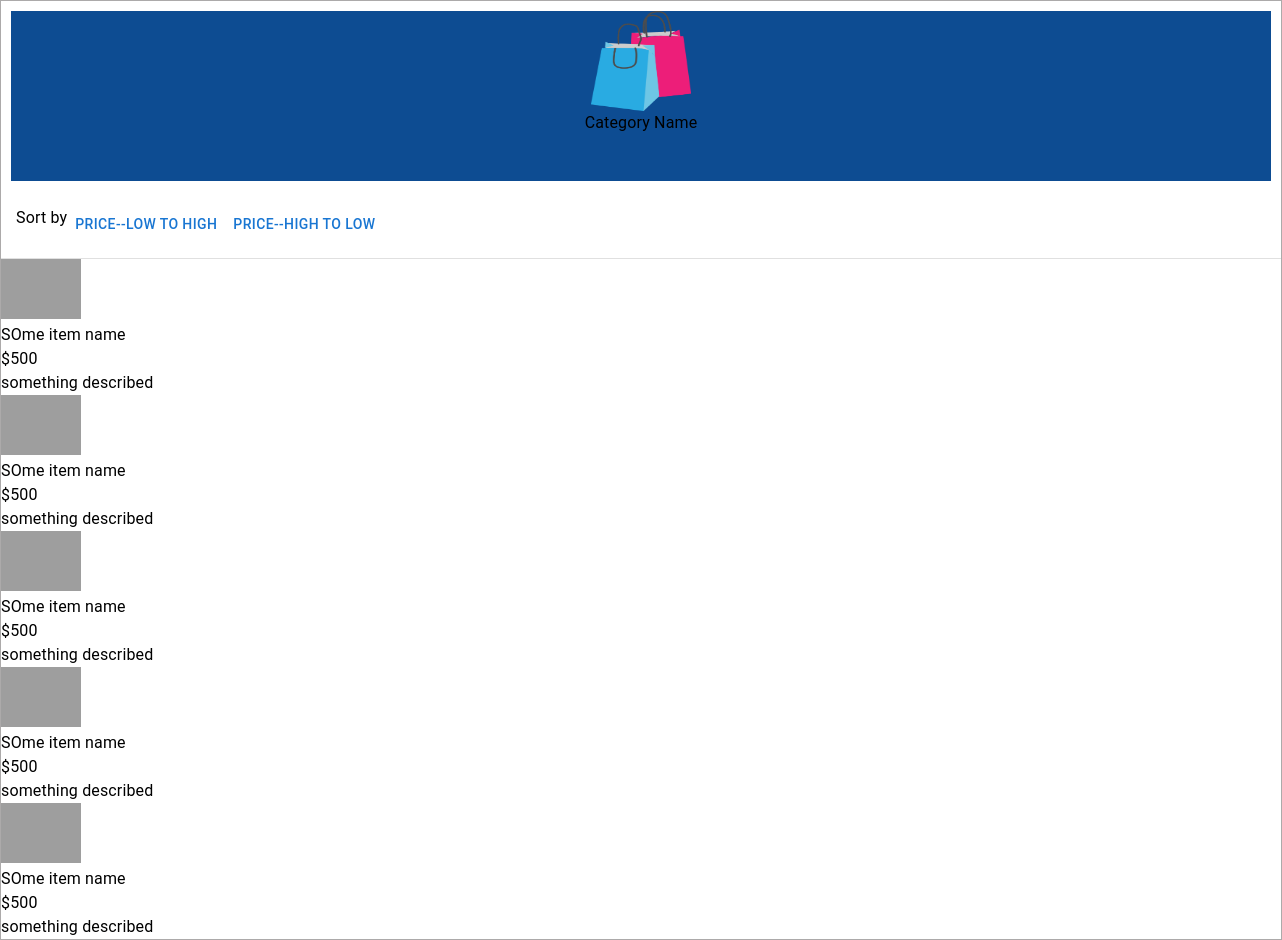
Repository: robin-fareye/reactjs-frontend-flipzone
Page: /
These files come from the project's save history. The page is drawn as it stood at one moment and after the next save; the edit follows.
The browser window is 1280 px wide. The page is 1282 px wide, so the pictures cover 1282 px, including what lies to the right of the window. The pictures show the whole page.
Pictures or frames that could not be fetched are drawn as grey boxes. The project was rebuilt for these pictures with package versions that can differ from the ones it lists, and the page was loaded fresh each time. Also part of the build but not shown: src/App.css, src/component/auth/Login.css, src/api/Login.js, src/component/auth/Login.js, src/component/category/Category.js, src/component/header/Header.css, src/component/header/Header.js, src/component/helper/Slide.css and 7 more.

Above is the page before, as saved 2022-11-14 19:30:24.

### src/App.js
import React from 'react';
import './App.css';
import Login from './component/auth/Login';
import Category from './component/category/Category';
import Header from './component/header/Header';
import Home from './component/home/Home';
import Cart from './component/Cart/Cart';
import ProductCatalouge from './component/ProductCatalogue/ProductCatalouge';
import ProductDetails from './component/ProductDetails/ProductDetails';
import CheckoutPage from './component/Checkout/CheckoutPage';
import RetailerAddProduct from './component/retailer/RetailerAddProduct';
function App() {
  return (
    <div>

      <ProductCatalouge/>

    </div>
  );
}

export default App;

### src/component/ProductCatalogue/ProductCatalouge.js
import { Box, Typography, Grid, Button, Divider } from '@mui/material'
import React, { useState, useEffect } from 'react'
import './ProductCatalouge.css'

const ProductCatalouge = () => {

    const [sort, setSort] = useState("asc");

    const getCardItem=(item)=>{
        return (
        <Box className='card-container'>
            <img
            style={{height:"60px"}}
            className='image-item-catalouge'
            src='https://rukminim1.flixcart.com/image/416/416/kcgk1ow0/headphone/n/u/a/235v2-fast-charging-boat-original-imaftk6us4af7bca.jpeg?q=70'
            alt='image'
            />
            <Typography>{item.name}</Typography>
            <Typography>{item.price}</Typography>
            <Typography>{item.description}</Typography>
        </Box>
        )
    }
    const catagories=["cat1","cat2","cat3","cat4"]
    const items=[
        {
            name:"SOme item name",
            price:"$500",
            description:"something described"
        },
        {
            name:"SOme item name",
            price:"$500",
            description:"something described"
        },
        {
            name:"SOme item name",
            price:"$500",
            description:"something described"
        },
        {
            name:"SOme item name",
            price:"$500",
            description:"something described"
        },
        {
            name:"SOme item name",
            price:"$500",
            description:"something described"
        },
    ]

    return (
        <Box className='catagory-container'>
            <Box className='container-header'>
                <img
                    src={require('../../assets/logo.png')}
                    alt="category"
                    className="cat-image"
                    />
                <Typography>Category Name</Typography>
            </Box>
            <Box className='container-body'>
                <Grid item lg={10}>
                    <Box className='sort'>
                        <Typography>Sort by</Typography>
                        {/* <Button onClick={() => setSort("popular")}>Popularity</Button> */}
                        <Button onClick={() => setSort("asc")}>Price--low to high</Button>
                        <Button onClick={() => setSort("desc")}>Price--high to low</Button>
                    </Box>
                    <Divider />
                    <Box className="inner-body">
                        {
                            items.sort((a, b) => sort === "asc" ? a.price - b.price : b.price - a.price)
                            .map((items) => {
                                return (
                                    getCardItem(items)
                                )
                            })
                        }
                    </Box>
                </Grid>
            </Box>
        </Box>
    )
}

export default ProductCatalouge

 {/* {
            items?.map((item)=>{
                return getCardItem(item)
            })
        } */}

### src/component/category/Category.css
.cat-component {
    /* background-color: #CFF5E7; */
    justify-content: 'space-between';
    margin: '55px 130px 0 130px';
    overflow-x: 'overlay';
    display: flex;
    flex-direction: row;
    padding:0, 50px;
    /* [theme.breakpoints.down('md')]: {
        margin: 0;
    } */
}

.cat-container {
    flex: 1;
    padding: '12px 8px';
    text-align: 'center';
    align-items: center;
    display: flex;
    flex-direction: column;
}

.cat-image {
    width: 100px;
    height: 100px;
}

.cat-text {
    font-size: 14;
    font-weight: 600;
    font-family: 'inherit';
    text-align: center;
}

### src/component/Cart/Cart.css
body{
    padding: 10px 70px;
}
.main-container{
    display: flex;
    height: 100vh;
}
.item-list{
    width: 65%;
}
.order-details{
    width: 35%;
}
.order-list-header{
    height: 60px;
    border: 1px solid rgb(172, 171, 171);

}
.item-count{
    font-weight: 800 !important;
    font-size: 22px !important;
    margin: 12px !important;
}
.card-list-container{
    margin-top: 10px;
    display: flex;
    height: 200px;
    border: 1px solid rgb(172, 171, 171);
    /* border-top: 0px; */
}
.image-and-count{
    width: 25%;
    display: flex;
    justify-content: center;
}
.description{
    padding: 10px;
    width: 75%;
}
.action-button-container{
    display: flex;
    align-items: center;
}
.counter{
    display: flex;
    height: 30px;
    width: 90px;
    border: 1px solid rgb(161, 159, 159);
    border-radius: 5px;
}
.add-box{
    width: 30px;
    display: flex;
    justify-content: center;
    align-items: center;
}
.remove-box{
    width: 30px;
    display: flex;
    justify-content: center;
    align-items: center;
}
.count-box{
    width: 30px;
    border-right:1px solid rgb(161, 159, 159);
    border-left:1px solid rgb(161, 159, 159);
    display: flex;
    justify-content: center;
    align-items: center;
}
.summery-card{
    border: 1px solid rgb(172, 171, 171);
    margin-left: 20px;

}
.summery-header{
    border-bottom: 1px solid rgb(172, 171, 171);
    height: 60px;
    display: flex;
    padding-left: 10px;
    align-items: center;
}
.summery-content{
    padding:12px;
}
.table-structure{
    margin-bottom: 20px;
    display: flex;
    justify-content: space-between;
}

### src/component/ProductCatalogue/ProductCatalouge.css
.main-catalouge-container {
    padding: 10px;
}
/*
.card-container {
    height: 12%;
    width: 10%;
    border: 1px solid black;
}

.image-item-catalouge {
    height: 200px;
    width: 50%;
} */

.catagory-container{
    border: 1px solid rgb(172, 170, 170);
    /* height: 170px; */
    width: 100%;
}
.container-header{
    background-color: #0D4C92;
    display: flex;
    height: 170px;
    flex-direction: column;
    align-items: center;
}
.cat-image{
    height: 100px;
}
.sort{
    display: flex;
    padding: 15px;
}

### src/component/Checkout/CheckoutPage.css
body {
    padding: 0px;
    margin: 0px;
}

.checkout-container {
    display: flex;

}

.address-container {
    width: 50%;
    height: 60px;
    padding: 20px;
}

.payment-details {
    padding: 20px;
    width: 50%;
}

.address-table {
    border: 1px solid rgba(139, 138, 138, 0.664);
    padding: 20px;
    display: flex;
    flex-direction: column;
}

.checkout-fields {
    margin: 10px !important;
}

.payment-table {
    border: 1px solid rgba(139, 138, 138, 0.664);
    padding: 20px;
    display: flex;
    flex-direction: column;
    justify-content: center;
}

.order-button {

    width: 30%;
    margin-top: 20px !important;
    margin-left: 11px !important;
}

### src/component/retailer/RetailerAddProduct.css
.main-container{
    display: flex;
    flex-direction: column;
    align-items: center;
    justify-content: center;
}
.container-header{
    margin-bottom: 20px !important;
    margin: 10px !important;
}
.text-field{
    margin: 10px !important;
}
.add-button{
    margin-top: 10px !important;
    background-color: #0D4C92;
    color: aliceblue;
    font-weight: 600;
    margin: 10px !important;
}

Loaded but not shown: public/index.html (common file); src/index.js (common file); src/index.css (common file); src/reportWebVitals.js (common file)

After the next save:
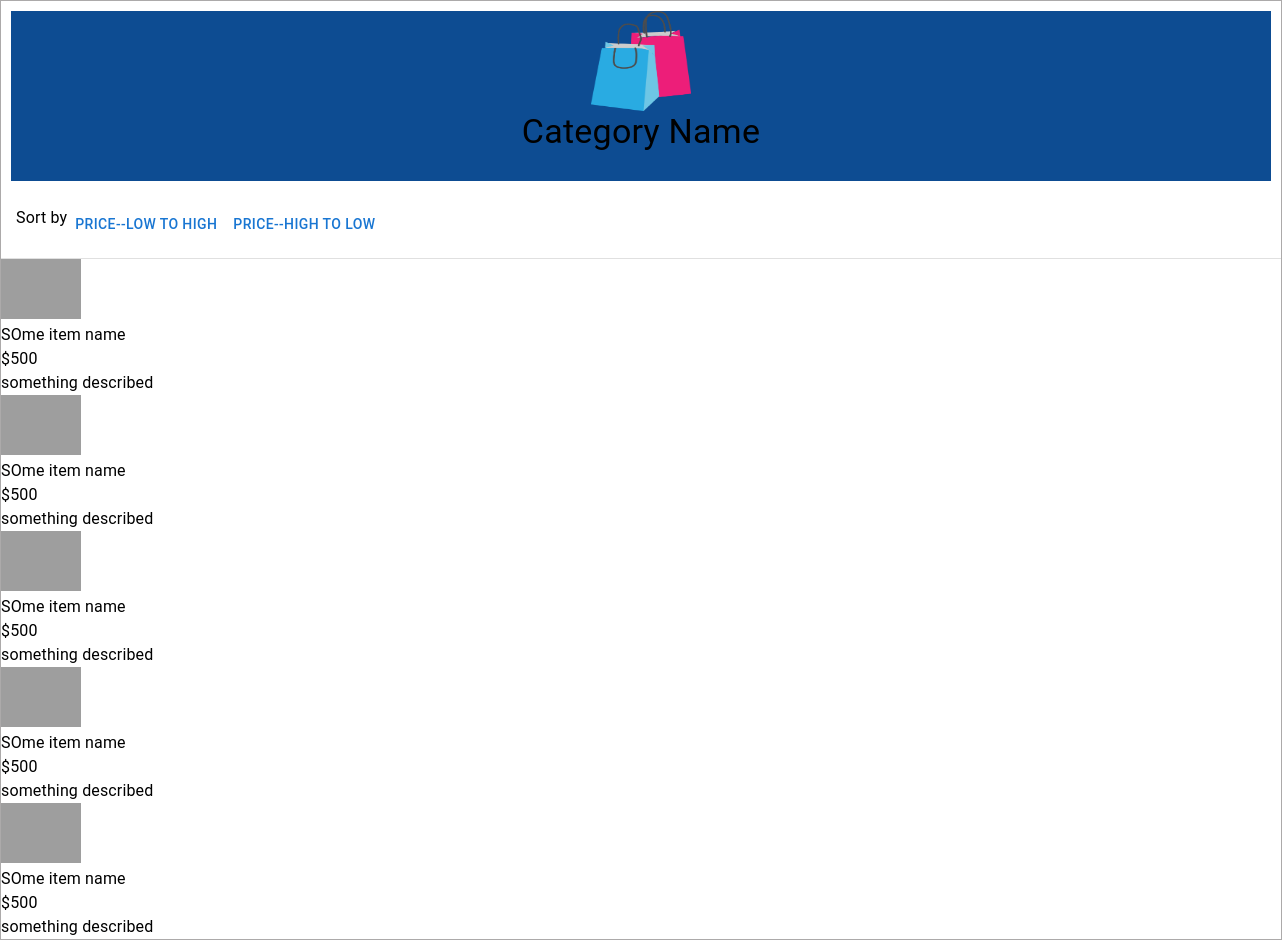
Saved 18 s later.
--- a/src/component/ProductCatalogue/ProductCatalouge.js
+++ b/src/component/ProductCatalogue/ProductCatalouge.js
@@ -58,7 +58,7 @@ const ProductCatalouge = () => {
                     alt="category"
                     className="cat-image"
                     />
-                <Typography>Category Name</Typography>
+                <Typography variant="h4">Category Name</Typography>
             </Box>
             <Box className='container-body'>
                 <Grid item lg={10}>
